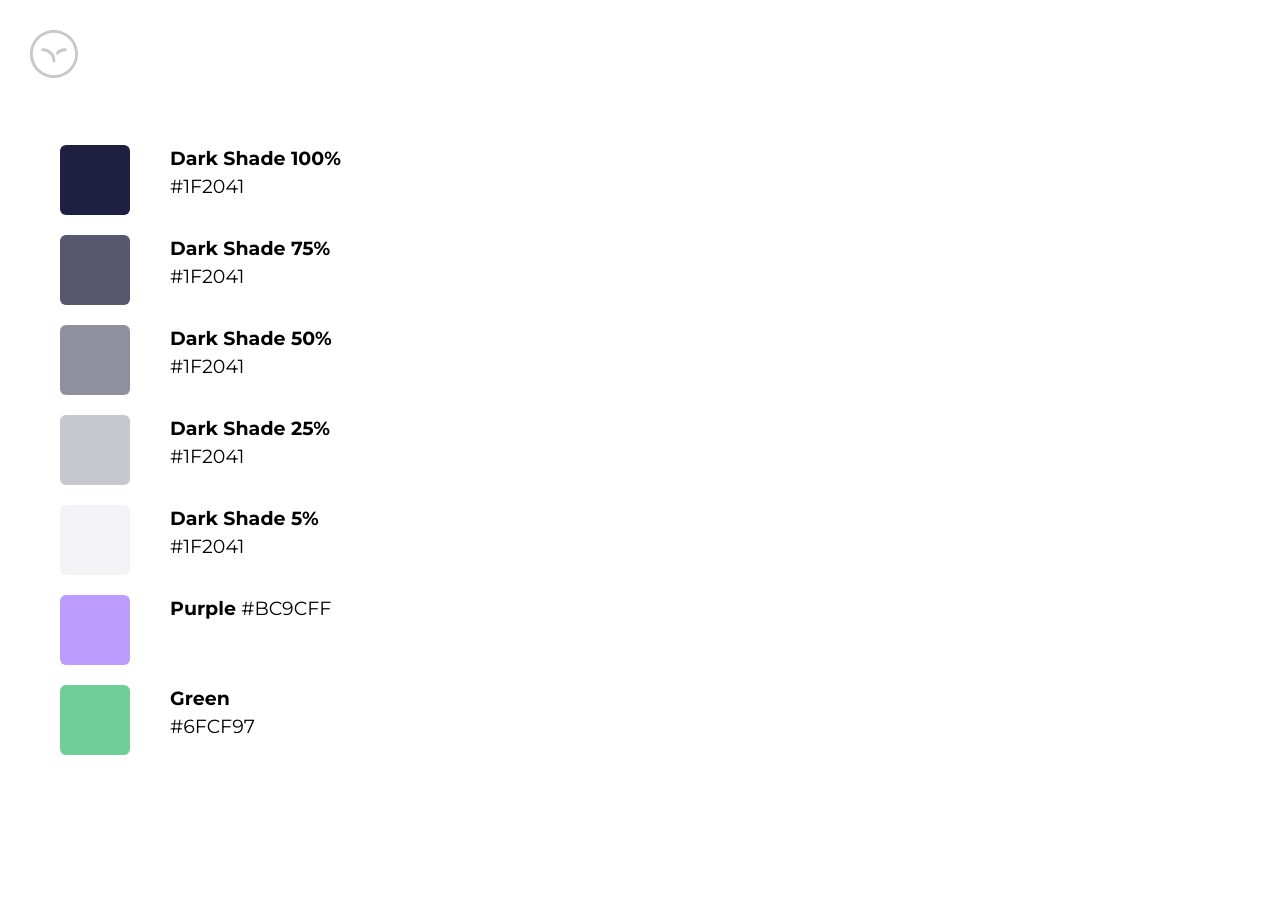
Repository: Inzhir2022/quatrain
Page: ui/index.html
An editor plug-in stored every save of this project. The page is shown before and after the next save, followed by the edit.
The browser window is 1280 px wide. The pictures show the whole page.

Above is the page before, as saved 2022-07-23 09:51:36.

After the next save:
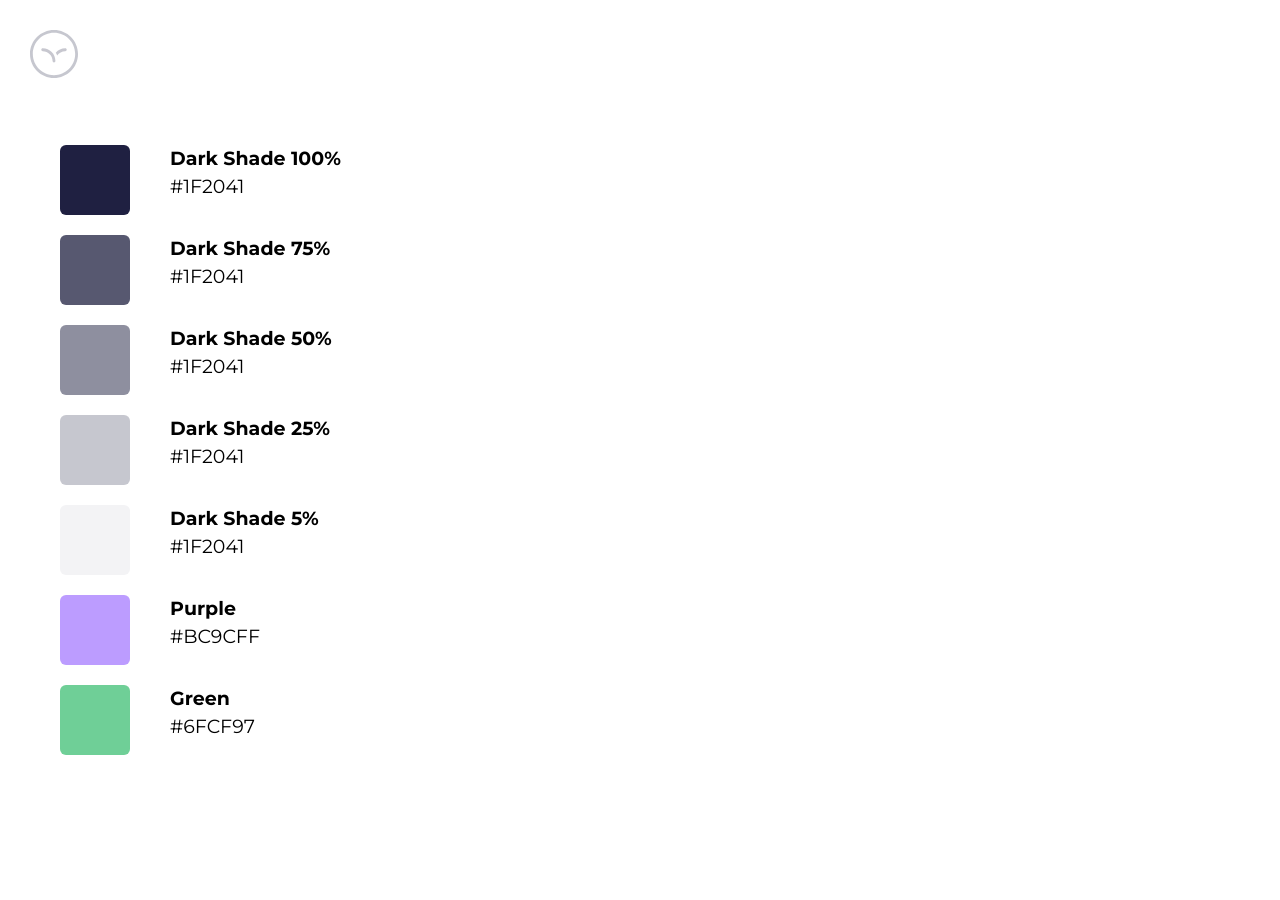
Saved 10 s later.
--- a/ui/index.html
+++ b/ui/index.html
@@ -56,7 +56,7 @@
         </div>
         <div class="colors__wrapper">
           <div class="colors__item colors__item_purple"></div>
-          <div class="colors__title">Purple
+          <div class="colors__title">Purple <br>
             <span class="colors__subtitle">#BC9CFF</span>
           </div>
         </div>
